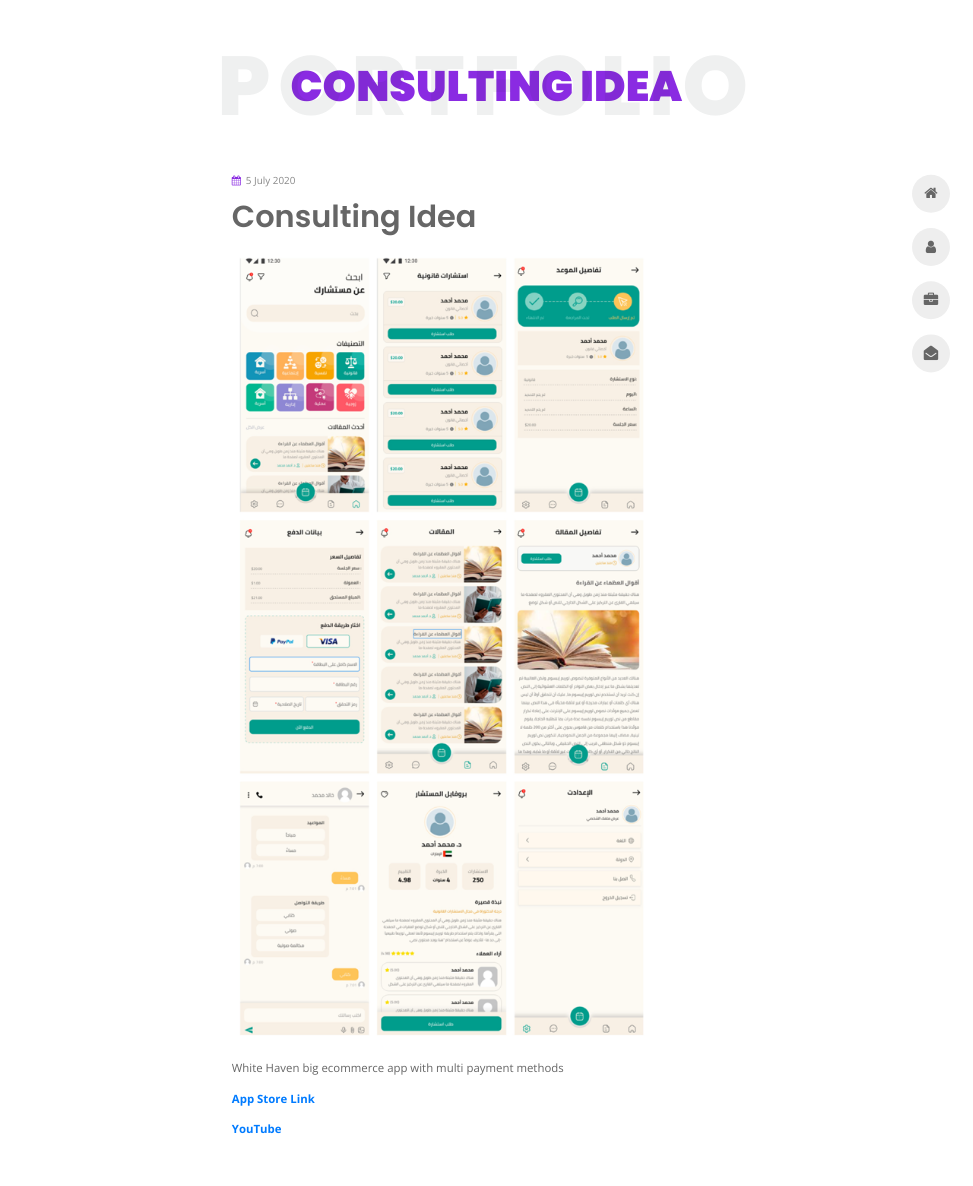
Repository: mhamdimno/mywebsite
Page: projects/consulting_idea/index.html
The author's editor kept a copy of each file at every save. The page is drawn from the files as they stood at one save, then again after the next save.
The browser window is 1280 px wide. The pictures show the whole page, at 76% of full size.

Above is the page before, as saved 2023-06-03 15:23:54.

After the next save:
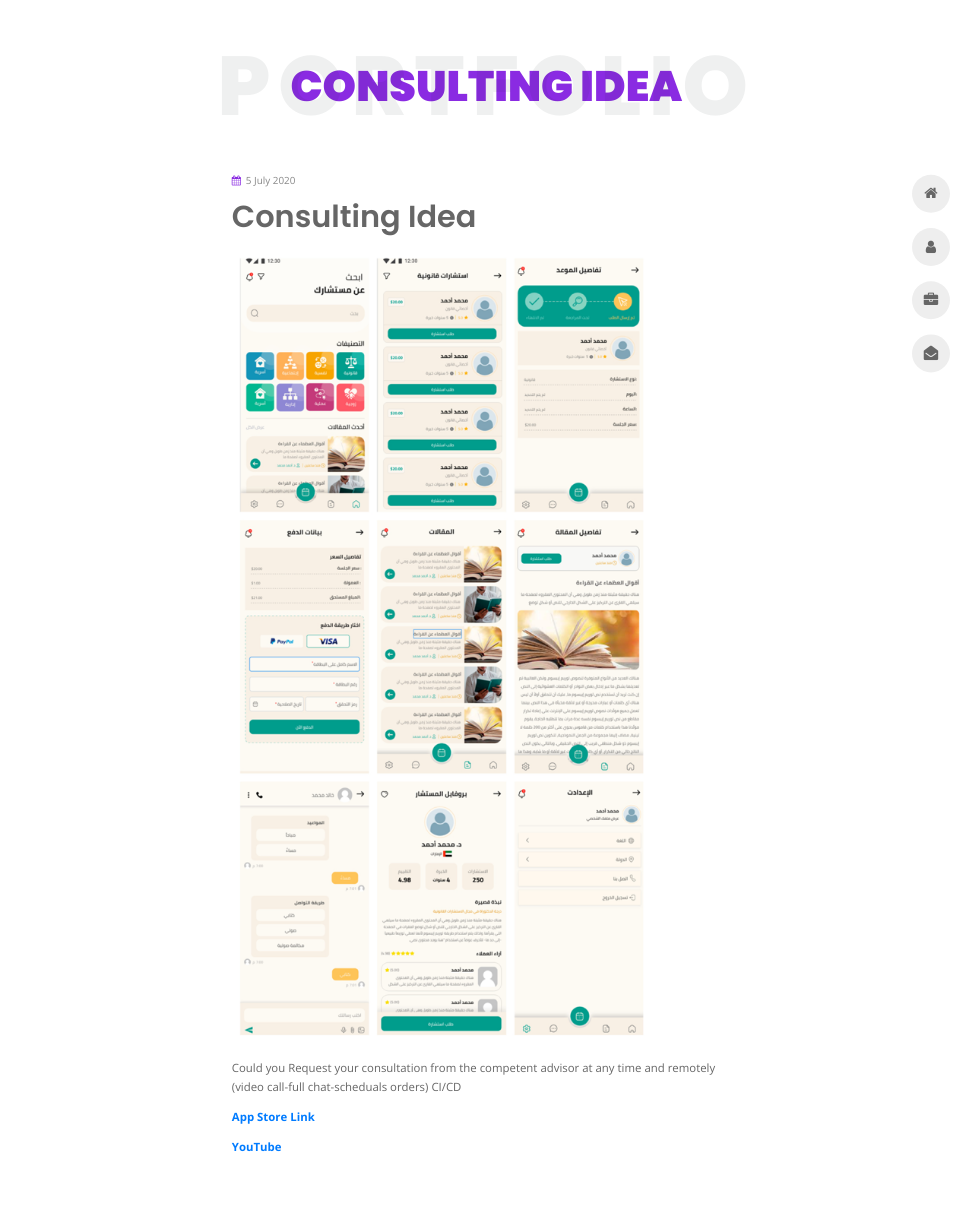
Saved 96 s later.
--- a/projects/consulting_idea/index.html
+++ b/projects/consulting_idea/index.html
@@ -95,7 +95,10 @@
                 <h1 class="text-uppercase text-capitalize">Consulting Idea</h1>
                 <img src="../../img/projects/consulting_idea.jpg" class="img-fluid" alt="Blog image"/>
                 <div class="blog-excerpt open-sans-font pb-5">
-                    <p>White Haven big ecommerce app with multi payment methods</p>
+                    <p>Could you
+                        Request your consultation
+                        from the competent advisor
+                        at any time and remotely (video call-full chat-scheduals orders) CI/CD </p>
                     <p>
                         <strong><a href="https://apps.apple.com/us/app/white-haven-client/id1551774379" target="_blank">App Store Link</a></strong>
 
